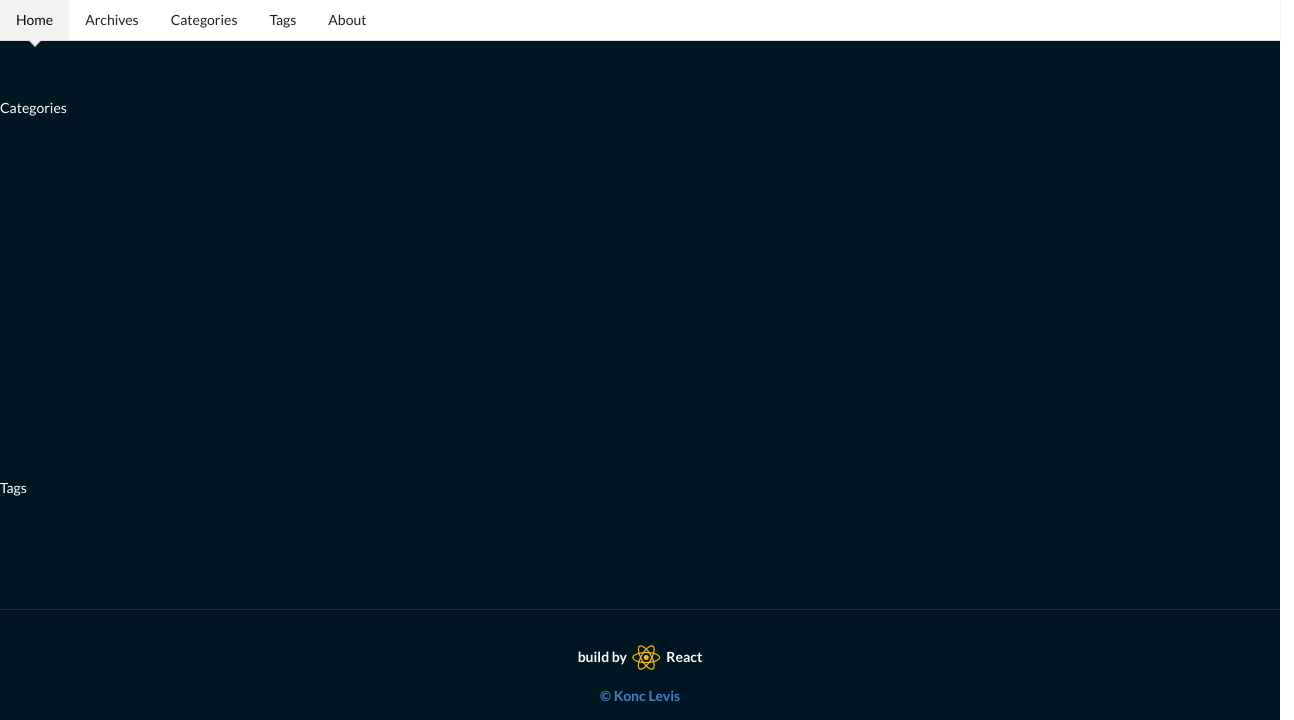
Repository: chu4j/my-spring-cloud-blog-frontend
Page: /
The author's editor kept a copy of each file at every save. The page is drawn from the files as they stood at one save, then again after the next save.
The browser window is 1280 px wide. The page is 1294 px wide, so the pictures cover 1294 px, including what lies to the right of the window. The pictures show the whole page.
The page's requests for data from a server got no answer. The project was rebuilt for these pictures with package versions that can differ from the ones it lists, and the page was loaded fresh each time. No one was signed in, and anything a server would have sent is missing. Also part of the build but not shown: src/components/Categories.jsx, src/components/FocusContent.jsx, src/css/App.css, src/components/owner/LoginForm.jsx, src/components/Tags.jsx, src/components/Timeline.jsx, src/components/TimelineHome.jsx.

Above is the page before, as saved 2021-02-24 13:14:45.

After the next save:
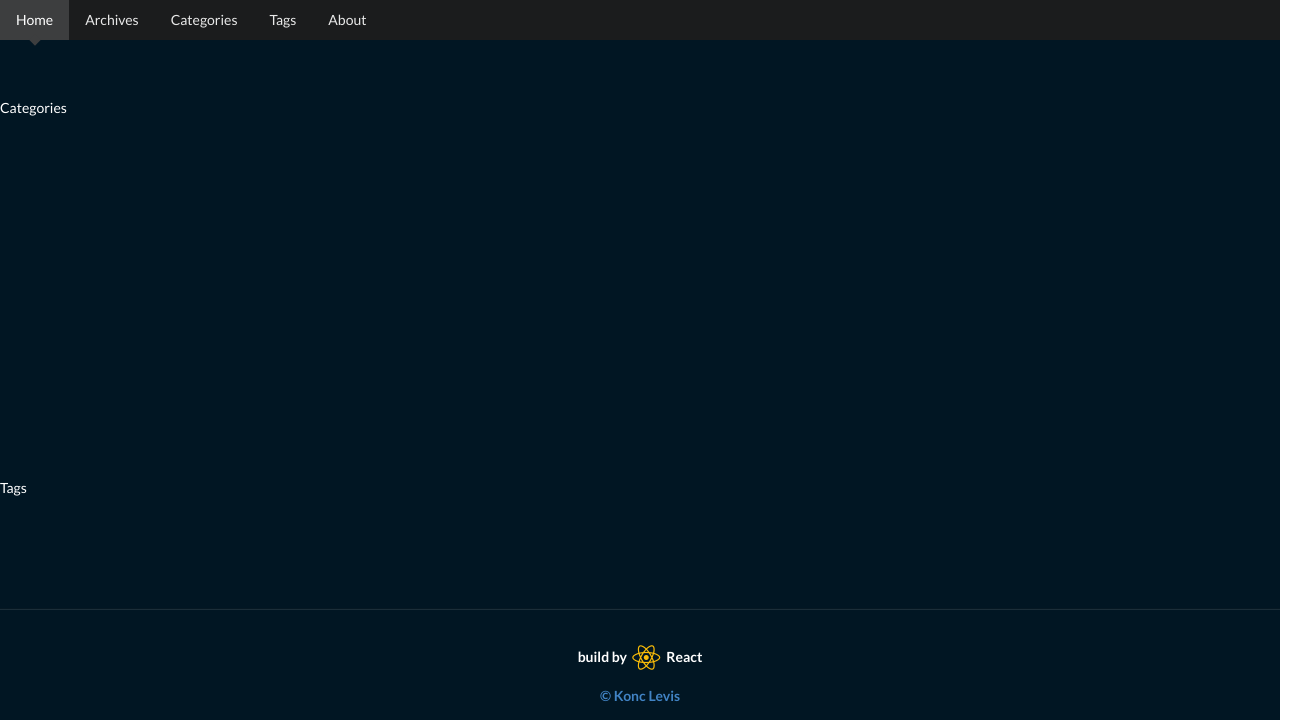
Saved 57 s later.
--- a/src/components/BlogHeader.jsx
+++ b/src/components/BlogHeader.jsx
@@ -19,7 +19,7 @@ class BlogHeader extends Component {
     const { activeItem } = this.state;
     return (
       <Container fluid className="menu-container">
-        <Menu fixed="top" pointing  borderless>
+        <Menu fixed="top" pointing  borderless inverted>
           <Menu.Item
             as="a"
             name="home"
